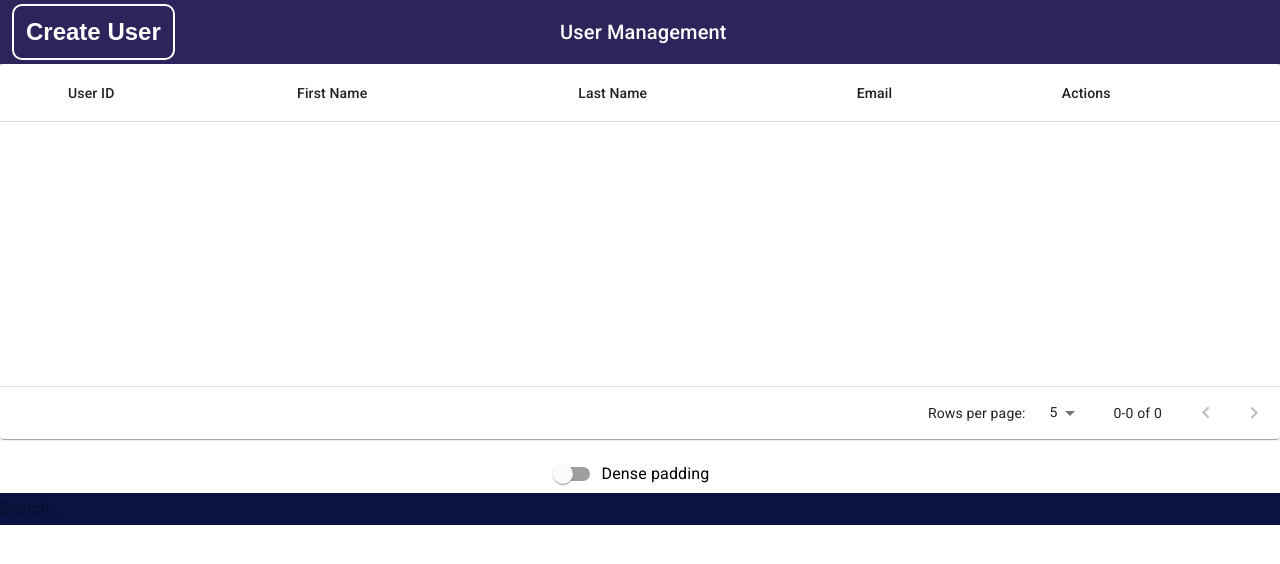
Repository: ginkakuzmanova/simple-user-management-system
Page: / (app in user-management-system/)
An editor plug-in stored every save of this project. The page is shown before and after a run of saves, followed by the edit.
The browser window is 1280 px wide. The pictures show the whole page.
The project was rebuilt for these pictures with package versions that can differ from the ones it lists, and the page was loaded fresh each time. Also part of the build but not shown: user-management-system/src/components/FormHeader.js, user-management-system/src/validation/userSchema.js, user-management-system/src/pages/users/UserEditForm.js, user-management-system/src/pages/users/UsersEditing.js, user-management-system/src/components/Notification.js, user-management-system/src/pages/users/UserForm.js, user-management-system/src/pages/users/UsersAddition.js.

Above is the page before, as saved 2020-10-31 01:46:11.

After the next 2 saves:
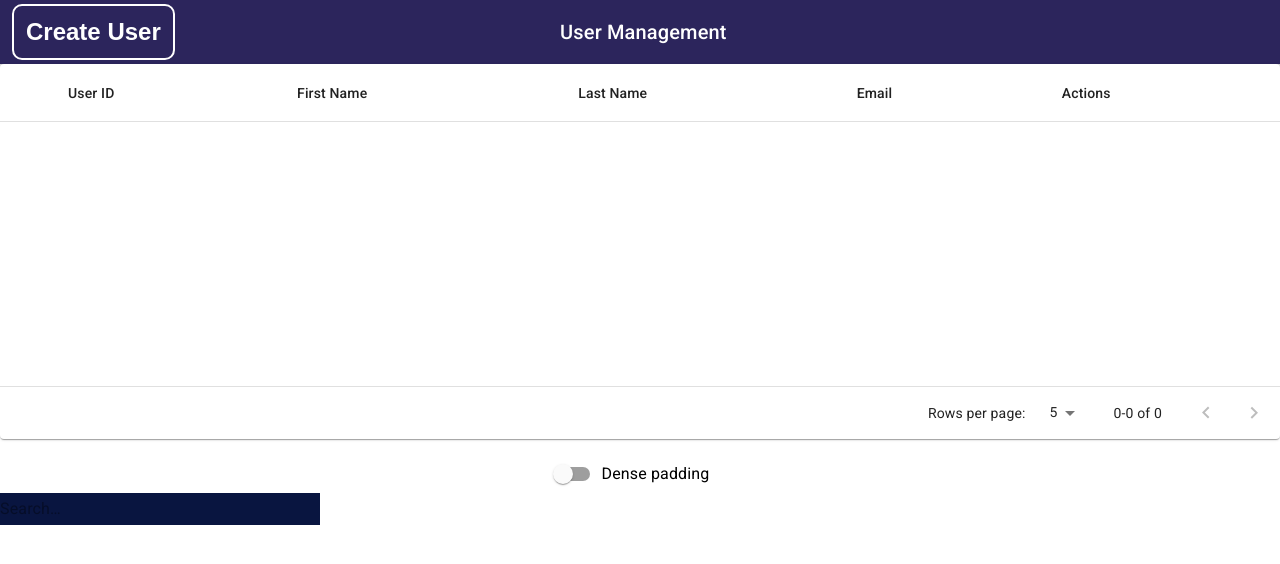
The 2 saves are shown as one change because 1 did not build or start.
The last was saved 16 s later.
--- a/user-management-system/src/pages/users/UsersList.js
+++ b/user-management-system/src/pages/users/UsersList.js
@@ -321,6 +321,7 @@ export default function EnhancedTable() {
               placeholder="Search…"
               style={{
                 display:"block",
+                width:"25%",
                 backgroundColor:"#091540"
               }}
               inputProps={{ 'aria-label': 'search' }}
